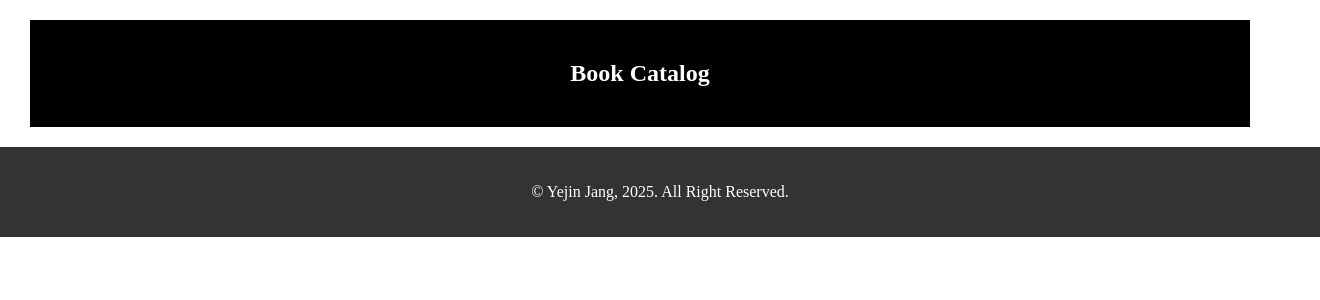
Repository: Yejin-Digital/Lab3-Assignment-BookCatalog
Page: /
These files come from the project's save history. The page is drawn as it stood at one moment and after the next save; the edit follows.
The browser window is 1280 px wide. The page is 1320 px wide, so the pictures cover 1320 px, including what lies to the right of the window. The pictures show the whole page.
The project was rebuilt for these pictures with package versions that can differ from the ones it lists, and the page was loaded fresh each time. Also part of the build but not shown: vite.config.js.

Above is the page before, as saved 2025-09-19 01:29:45.

After the next save:
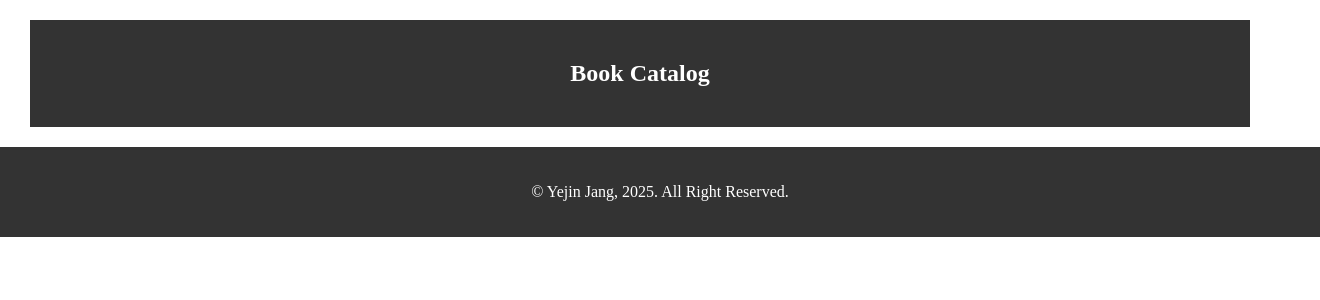
Saved 30 s later.
--- a/src/index.css
+++ b/src/index.css
@@ -24,13 +24,12 @@ body {
   width: 100%;
 }
 
-header {
-  background-color: black;
+.header-content {
+  background-color: #333;
   color: white;
   text-align: center;
+  padding: 20px;
   width: 100%;
-  padding: 20px 0;
-  margin: 0;
 }
 
 .footer-content {
